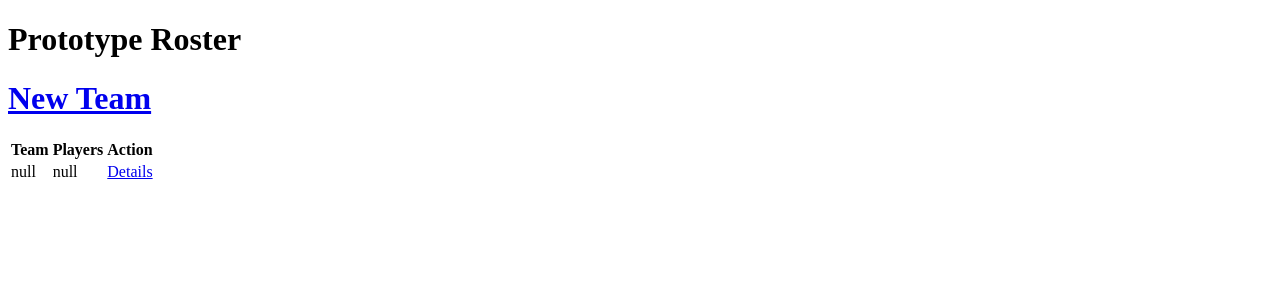
Repository: ohis/JAVAOnTheWeb
Page: http://localhost/TeamRoster/Home
These files come from the project's save history. The page is drawn as it stood at one moment and after the next save; the edit follows.
The browser window is 1280 px wide. The pictures show the whole page.
The page is served by Tomcat 9.

Above is the page before, as saved 2017-12-07 18:39:14.

After the next save:
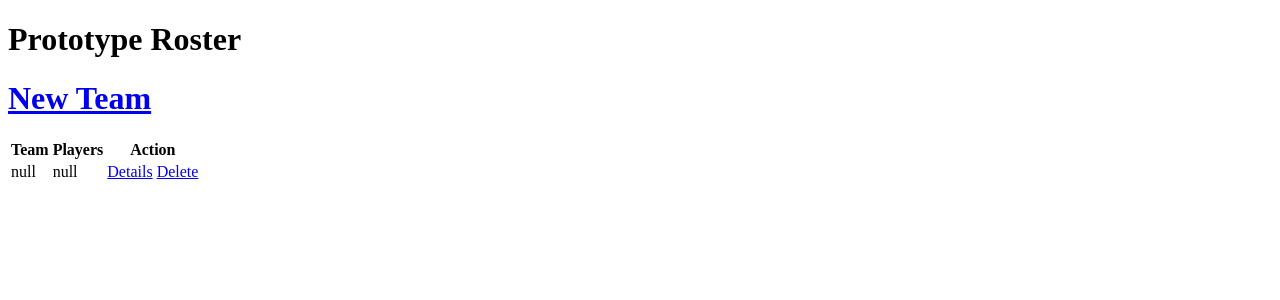
Saved 2 min 4 s later.
--- a/servlets/TeamRoster/WebContent/WEB-INF/views/Home.jsp
+++ b/servlets/TeamRoster/WebContent/WEB-INF/views/Home.jsp
@@ -23,7 +23,7 @@
         <%= t %>
       </td>
       <td> <%= size %></td>
-      <td><a href="TeamInfo">Details</a></td>
+      <td><a href="TeamInfo">Details</a> <a href="#">Delete</a></td>
      </tr>
 
 
